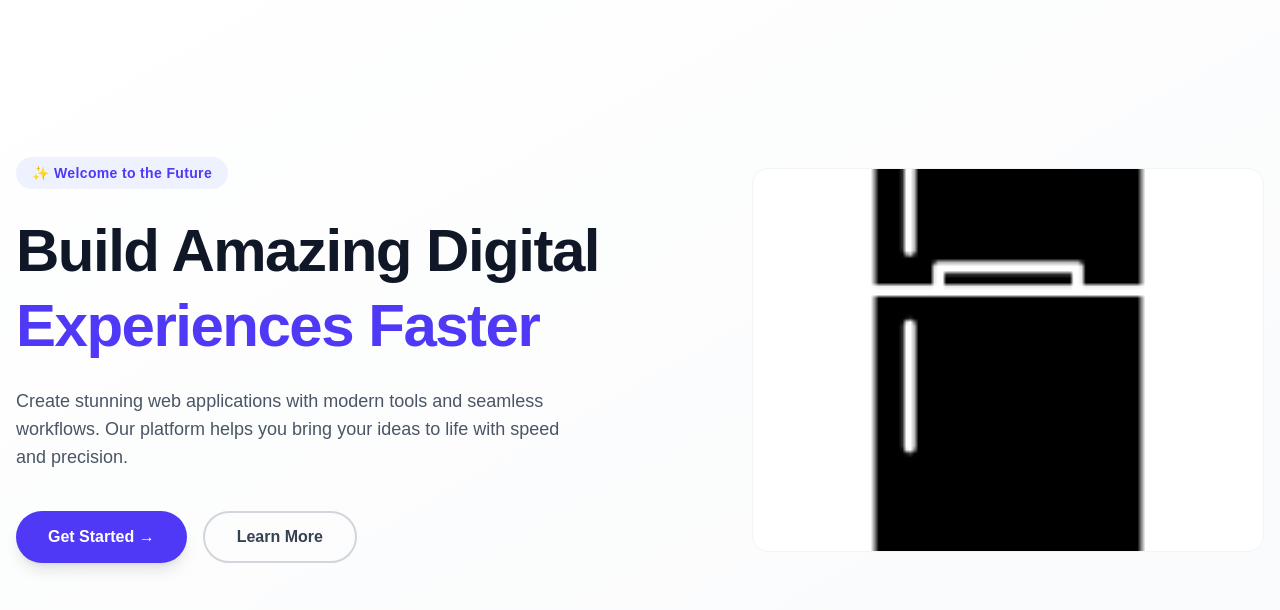
Repository: deepak445566/repai
Page: / (app in repair/)
These files come from the project's save history. The page is drawn as it stood at one moment and after the next save; the edit follows.
The browser window is 1280 px wide. The pictures show the whole page.
The project was rebuilt for these pictures with package versions that can differ from the ones it lists, and the page was loaded fresh each time. The framework's server and built-in components were replaced by stand-ins that run in the browser. Also part of the build but not shown: repair/next.config.mjs.

Above is the page before, as saved 2026-04-15 11:04:43.

### repair/src/app/layout.js
import { Geist, Geist_Mono } from "next/font/google";
import "./globals.css";

const geistSans = Geist({
  variable: "--font-geist-sans",
  subsets: ["latin"],
});

const geistMono = Geist_Mono({
  variable: "--font-geist-mono",
  subsets: ["latin"],
});

export const metadata = {
  title: "Create Next App",
  description: "Generated by create next app",
};

export default function RootLayout({ children }) {
  return (
    <html
      lang="en"
      className={`${geistSans.variable} ${geistMono.variable} h-full antialiased`}
    >
      <body className="min-h-full flex flex-col">{children}</body>
    </html>
  );
}

### repair/src/app/page.js
import HeroPage from '@/components/heroPage'
import React from 'react'

function page() {
  return (
   <>
   <HeroPage/>

   </>
  )
}

export default page

### repair/src/components/heroPage.jsx
import Image from 'next/image';

export default function HeroPage() {
  return (
    <div className="min-h-screen bg-gradient-to-br from-white to-gray-50 flex items-center justify-center px-4 py-12">
      <div className="max-w-7xl mx-auto w-full">
        <div className="flex flex-col lg:flex-row items-center gap-12 lg:gap-16">

          {/* Left Section - Content */}
          <div className="flex-1 text-center lg:text-left space-y-6">
            {/* Tagline */}
            <div className="inline-block px-4 py-1.5 rounded-full bg-indigo-50 text-indigo-600 text-sm font-semibold tracking-wide">
              ✨ Welcome to the Future
            </div>

            {/* Heading */}
            <h1 className="text-4xl sm:text-5xl lg:text-6xl font-bold tracking-tight text-gray-900 leading-tight">
              Build Amazing Digital
              <span className="text-indigo-600 block"> Experiences Faster</span>
            </h1>

            {/* Paragraph */}
            <p className="text-lg text-gray-600 max-w-xl mx-auto lg:mx-0">
              Create stunning web applications with modern tools and seamless workflows.
              Our platform helps you bring your ideas to life with speed and precision.
            </p>

            {/* Buttons */}
            <div className="flex flex-col sm:flex-row gap-4 justify-center lg:justify-start pt-4">
              <button className="px-8 py-3 rounded-full bg-indigo-600 text-white font-semibold shadow-lg hover:bg-indigo-700 transition-all duration-200 transform hover:scale-105">
                Get Started →
              </button>
              <button className="px-8 py-3 rounded-full border-2 border-gray-300 text-gray-700 font-semibold hover:bg-gray-50 transition-all duration-200">
                Learn More
              </button>
            </div>
          </div>

          {/* Right Section - Image */}
          <div className="flex-1 flex justify-center lg:justify-end">
            <div className="relative w-full max-w-md lg:max-w-lg">
              <div className="absolute inset-0 bg-gradient-to-tr from-indigo-100 to-purple-100 rounded-2xl blur-2xl opacity-60 -z-10"></div>
              <div className="relative bg-white rounded-2xl  overflow-hidden border border-gray-100">
                <div className="aspect-[4/3] relative">
                  {/* Replace the image source with your own image URL */}
                  <Image
                    src="/images/image.png"
                    alt="Hero Image"
                    fill
                    className="object-cover"
                    priority
                  />
                </div>
              </div>
            </div>
          </div>
        </div>
      </div>
    </div>
  );
}

Loaded but not shown: repair/src/app/globals.css (common file)

After the next save:
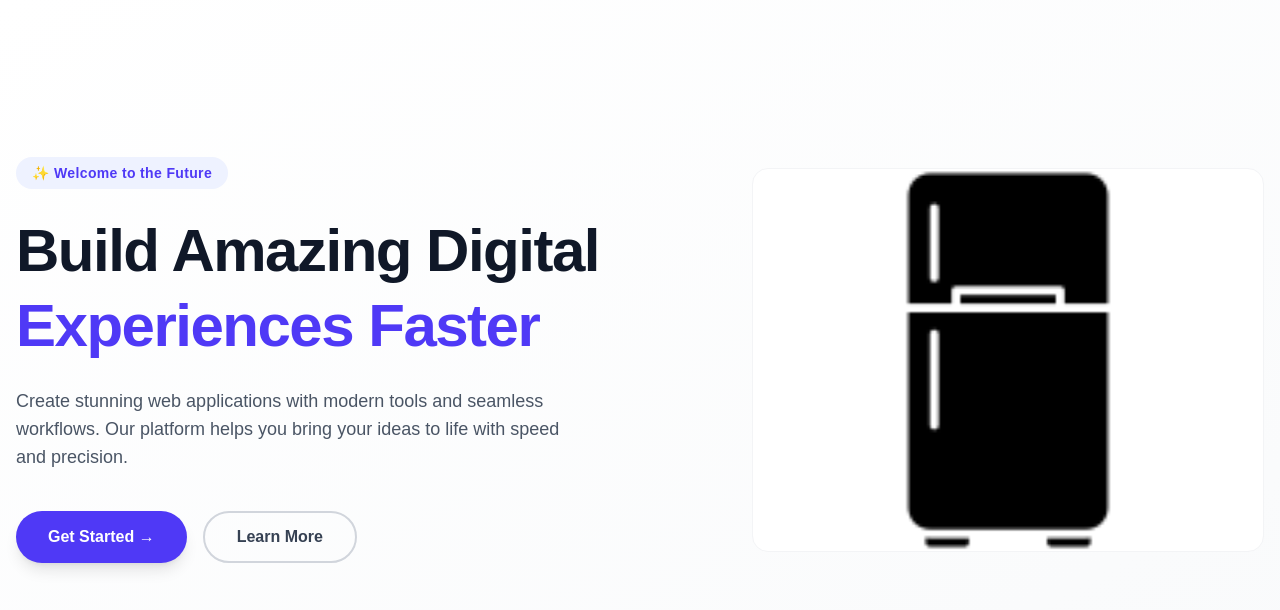
Saved 9 s later.
--- a/repair/src/components/heroPage.jsx
+++ b/repair/src/components/heroPage.jsx
@@ -47,7 +47,7 @@ export default function HeroPage() {
                     src="/images/image.png"
                     alt="Hero Image"
                     fill
-                    className="object-cover"
+                    className="object-contain"
                     priority
                   />
                 </div>
